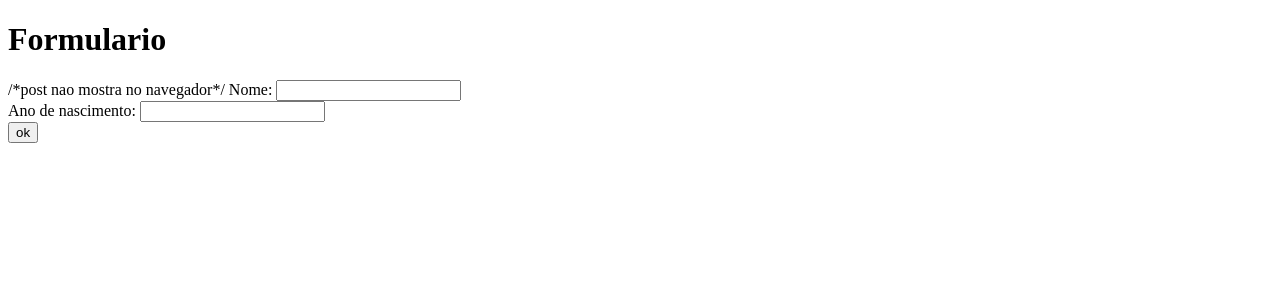
Repository: mduarte23/Sistemas_Informacao
Page: http://localhost/OlaMundo/formulario/resposta1.jsp
An editor plug-in stored every save of this project. The page is shown before and after the next save, followed by the edit.
The browser window is 1280 px wide. The pictures show the whole page.
The page is served by Tomcat 10.

Above is the page before, as saved 2024-08-14 22:46:04.

After the next save:
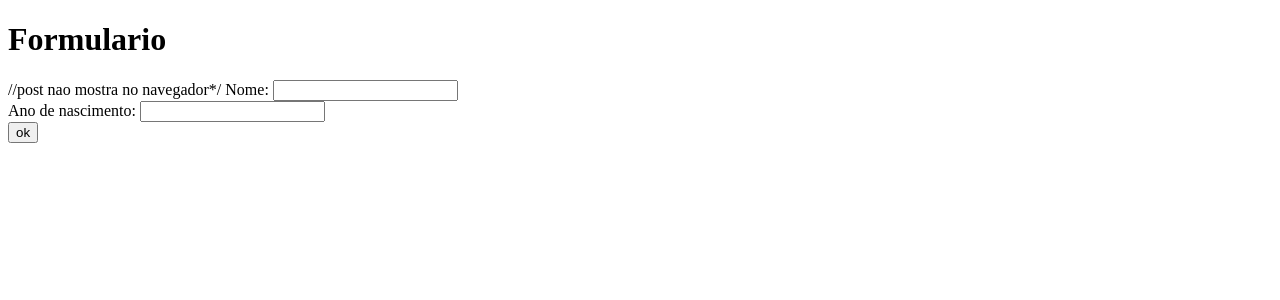
Saved 5 s later.
--- a/4_Periodo/Eclipse/OlaMundo/src/main/webapp/formulario/resposta1.jsp
+++ b/4_Periodo/Eclipse/OlaMundo/src/main/webapp/formulario/resposta1.jsp
@@ -10,7 +10,7 @@
 
 	<h1>Formulario</h1>
 
-	<form action="resposta.jsp" method="post">/*post nao mostra no navegador*/
+	<form action="resposta.jsp" method="post">//post nao mostra no navegador*/
 		Nome:
 		<input type= "text" name = "nome"/>
 		<br/>
